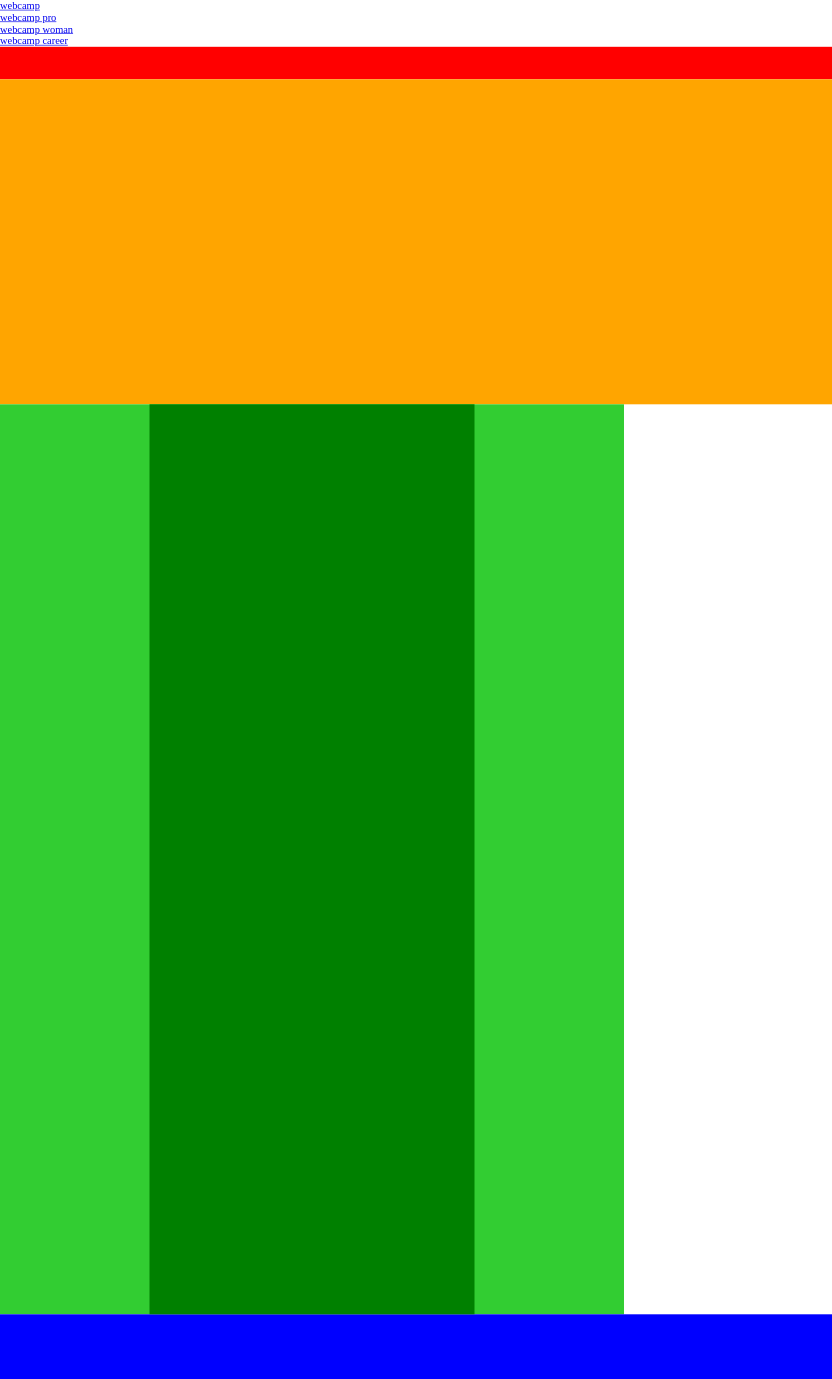
Repository: achoko3/Practice-problem
Page: chapter4/chapter4.html
The author's editor kept a record of every edit. The page is drawn from the files as they stood at one moment, then again after the next edit.
The browser window is 1280 px wide. The pictures show the whole page, at 65% of full size.

Above is the page before.

### chapter4/chapter4.html
<!DOCTYPE html>
<html lang="ja">
  <head>
    <meta charset="UTF-8" />
    <!-- CSSファイルの読み込み -->
    <link rel="stylesheet" href="chapter4.css" />
    <title>chapter4</title>
  </head>

  <body>
    <header>
      <h1><a href="http://infratop.jp/"></a></h1>
    </header>
    <nav>
      <ul class="nav-list">
        <li class="nav-list-item">
         <a href="http://web-camp.io/" >webcamp</a>
        </li>
        <li class="nav-list-item">
          <a href="http://web-camp.io/pro/" >webcamp pro</a>
        </li>
        <li class="nav-list-item">
          <a href="http://web-camp.io/woman/" >webcamp woman</a>
        </li>
        <li class="nav-list-item">
          <a href="http://web-camp.io/career/" >webcamp career</a>
        </li>
      </ul>
    </nav>
    <!-- box1用のdiv -->
    <div class="header"></div>
    <div class="main-visual"></div>
    <div class="main">
      <div class="center"></div>
    </div>
    <div class="footer"></div>

  </body>
</html>

### chapter4/chapter4.css
/* ブラウザがそれぞれ持っているCSSをリセットするための記述 */
* {
  margin: 0;
  padding: 0;
  box-sizing: border-box;
}

.header{
  width:100%;
  height:50px;
  background-color:red;
}

.main-visual{
  width:100%;
  height:500px;
  background-color:orange;
}

.main{
  width:960px;
  height:1400px;
  background-color:limegreen;
  display:flex;
  justify-content:center;
}

.center{
  width:500px;
  height:1400px;
  background-color:green;
}

.footer{
  width:100%;
  height:100px;
  background-color:blue;
}

After the next edit:
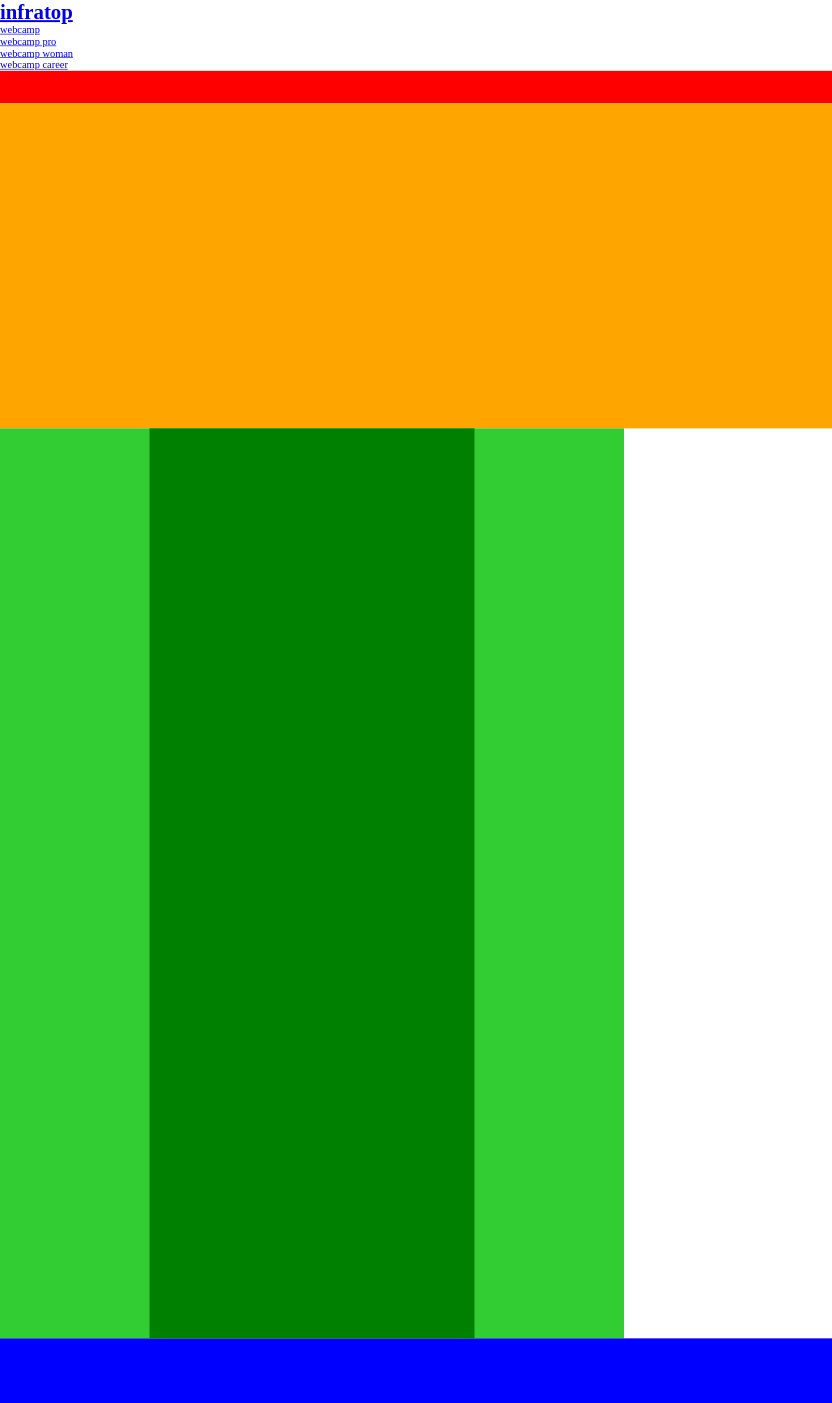
The edit:
--- a/chapter4/chapter4.html
+++ b/chapter4/chapter4.html
@@ -9,7 +9,7 @@
 
   <body>
     <header>
-      <h1><a href="http://infratop.jp/"></a></h1>
+      <h1><a href="http://infratop.jp/">infratop</a></h1>
     </header>
     <nav>
       <ul class="nav-list">
